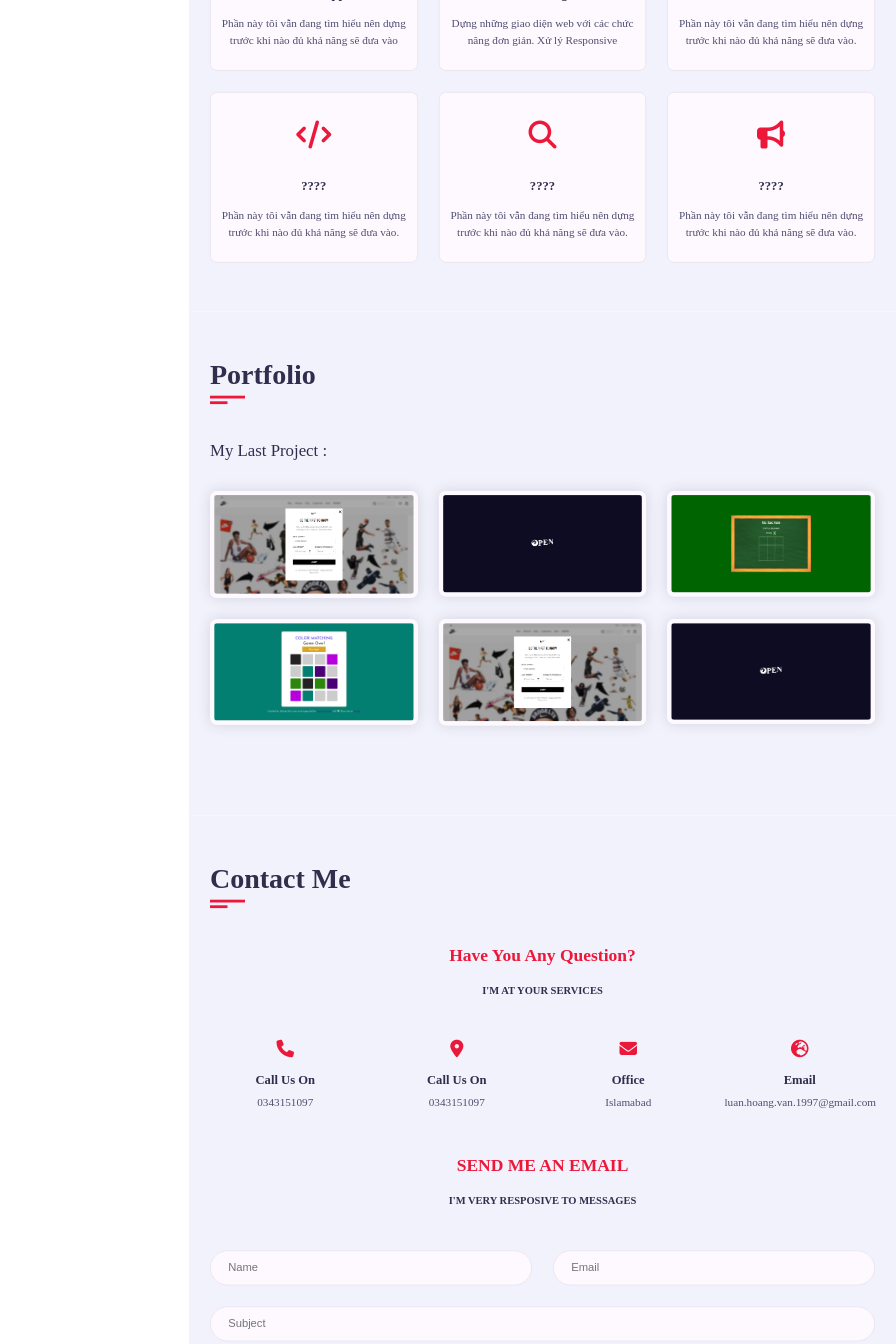
Repository: luanhoang0902/portfolio-ui
Page: index.html
These files come from the project's save history. The page is drawn as it stood at one moment and after the next save; the edit follows.
The browser window is 1280 px wide. The pictures show the part of the page from y = 2455 to 4375 px (the page is 4729 px tall), at 70% of full size.
Some web fonts or font styles are not loaded; a fallback is used. Some web libraries are served in a nearby version.

Above is the page before, as saved 2022-06-03 16:11:41.

After the next save:
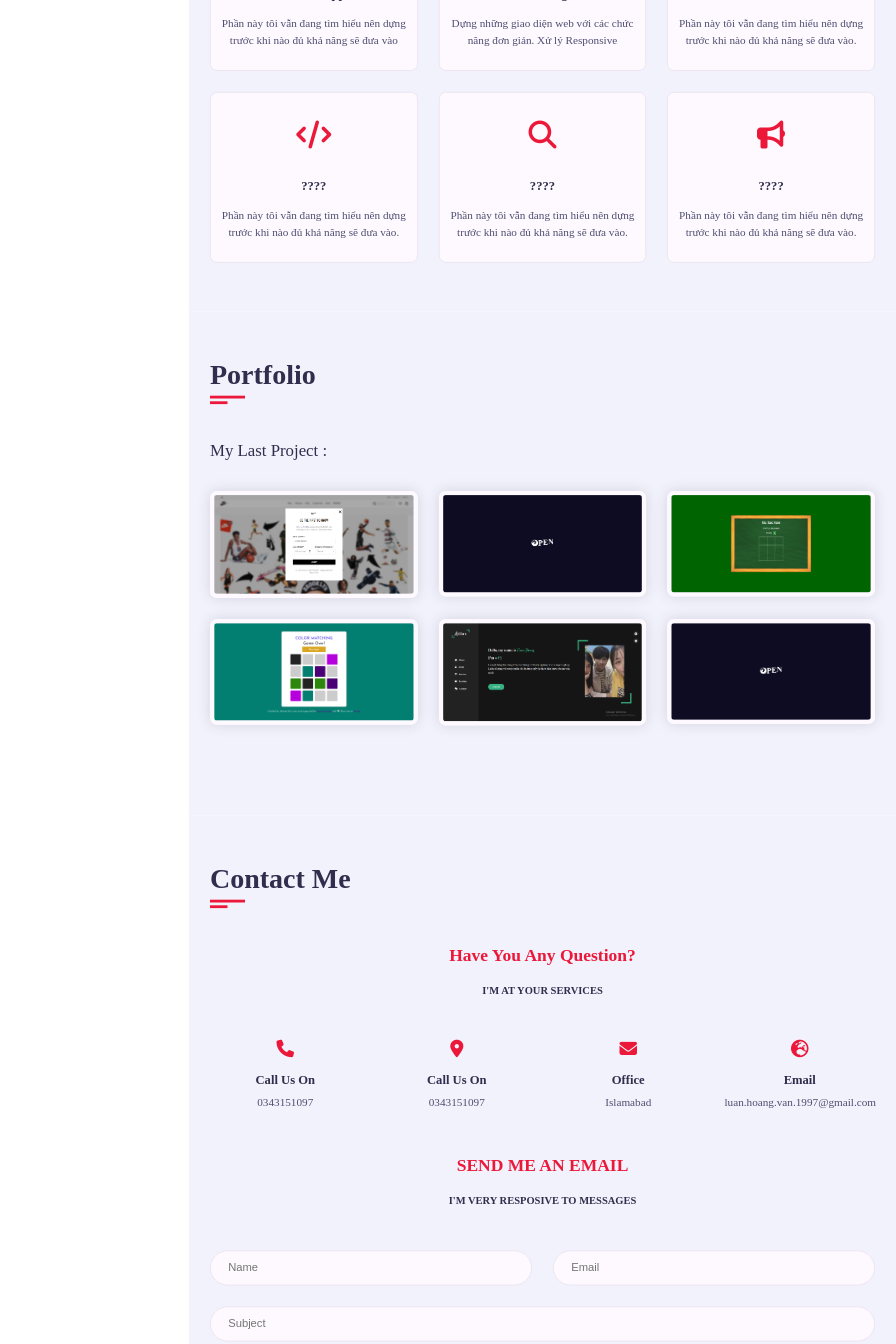
Saved 34 s later.
--- a/index.html
+++ b/index.html
@@ -415,7 +415,7 @@
              <div class="portfolio-item padd-15">
               <div class="portfolio-item-inner shadow-dark">
                 <div class="portfolio-img">
-                  <img src="./images/Projects/1.png" alt="">
+                  <img src="./images/Projects/5.png" alt="">
                 </div>
               </div>
             </div>
